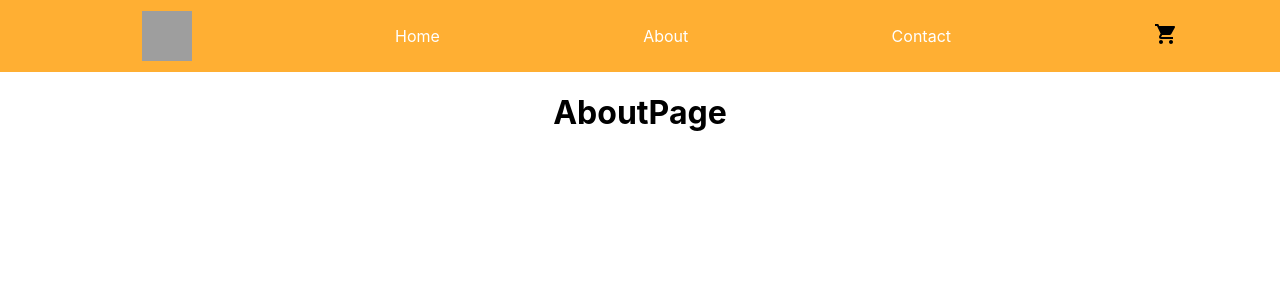
Repository: Toydrum/React-HectorCoronado
Page: /About
These files come from the project's save history. The page is drawn as it stood at one moment and after the next save; the edit follows.
The browser window is 1280 px wide. The pictures show the whole page.
Pictures or frames that could not be fetched are drawn as grey boxes. The project was rebuilt for these pictures with package versions that can differ from the ones it lists, and the page was loaded fresh each time. Also part of the build but not shown: src/components/CardUser/CardUser.jsx, src/components/CardList/CardList.css, src/components/CardList/CardList.jsx, src/pages/HomePage/HomePage.jsx, src/pages/ContactPage/ContactPage.jsx, src/pages/DetailPage/DetailPage.jsx.

Above is the page before, as saved 2023-06-18 17:28:38.

### src/App.jsx
import React from "react";
import "./App.css";
import { BrowserRouter as Router, Routes, Route } from "react-router-dom";
//Components
import NavBar from "./components/Navbar/Navbar";

//Pages
import HomePage from "./pages/HomePage/HomePage";
import ContactPage from "./pages/ContactPage/ContactPage";
import AboutPage from "./pages/AboutPage/AboutPage";
import DetailPage from "./pages/DetailPage/DetailPage";
function App() {
  return (
    <Router>
      <div className="App">
        <NavBar />
        <Routes>
          <Route path="/" element={<HomePage />}></Route>
          <Route path="/About" element={<AboutPage />}></Route>
          <Route path="/Contact" element={<ContactPage />}></Route>
          <Route path="/detail/:id" element={<DetailPage />}></Route>
        </Routes>
        <div className="Cards-Container"></div>
      </div>
    </Router>
  );
}

export default App;

### src/App.css
.App {
  display: flex;
  flex-direction: column;
  justify-content: center;
}

.Cards-Container{
  display: flex;
  width: 100%;
  justify-content: center;
}

### src/components/Navbar/Navbar.jsx
import React from "react";
import "./Navbar.css";
import logo from "./cat-logo.svg";
import CartWidget from "../CartWidged/CartWidget";
import { Link } from "react-router-dom";

const NavBar = () => {
  return (
    <nav className="nav-container">
      <ul className="nav-ul">
        <img src={logo} alt="gatito" style={{ height: 50, width: 50 }} />
        <Link className="li" to="/">
          Home
        </Link>
        <Link className="li" to="/about">
          About
        </Link>
        <Link className="li" to="/contact">
          Contact
        </Link>
        <Link>
          <CartWidget />
        </Link>
      </ul>
    </nav>
  );
};

export default NavBar;

### src/pages/AboutPage/AboutPage.jsx
import React from "react";

const AboutPage = () => {
  return (
    <div>
      <h1 style={{ display: "flex", justifyContent: "center" }}>AboutPage</h1>
    </div>
  );
};

export default AboutPage;

### src/components/Navbar/Navbar.css
.nav-container {
  background-color: #FFAF33;
  height: 10vh;
  display: flex;
  width: 100%;
  justify-content: space-around;
  align-items: center;
}

.nav-ul {
  display: flex;
  width: 100%;
  justify-content: space-around;
  align-items: center;
}

.li {
  color: white;
  list-style-type: none;
  text-decoration: none;
}

### src/components/CartWidged/CartWidget.jsx
import React from 'react'
import ShoppingCartIcon from '@mui/icons-material/ShoppingCart';
const cart = () => {
  return (
    <div>
      <a href ="https://www.google.com.mx/?hl=es"style= {{color:"black"}}><ShoppingCartIcon/></a>
    </div>
  )
}

export default cart

Loaded but not shown: public/index.html (common file); src/index.js (common file); src/index.css (common file)

After the next save:
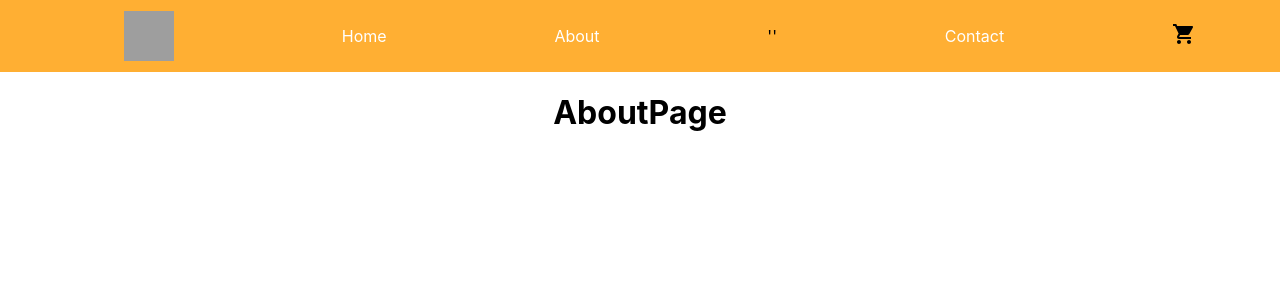
Saved 73 s later.
--- a/src/components/Navbar/Navbar.jsx
+++ b/src/components/Navbar/Navbar.jsx
@@ -15,10 +15,11 @@
         <Link className="li" to="/about">
           About
         </Link>
+        ''
         <Link className="li" to="/contact">
           Contact
         </Link>
-        <Link>
+        <Link className="li" to="/cart">
           <CartWidget />
         </Link>
       </ul>

After the save that followed:
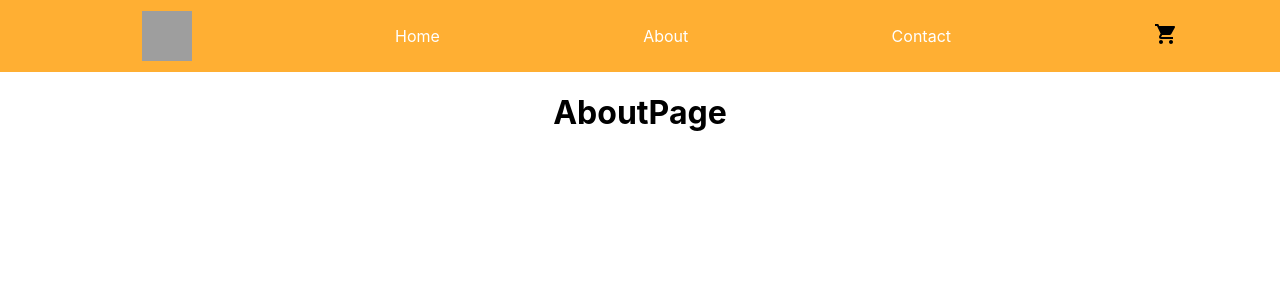
Saved 118 s later.
--- a/src/components/Navbar/Navbar.jsx
+++ b/src/components/Navbar/Navbar.jsx
@@ -15,7 +15,6 @@
         <Link className="li" to="/about">
           About
         </Link>
-        ''
         <Link className="li" to="/contact">
           Contact
         </Link>
